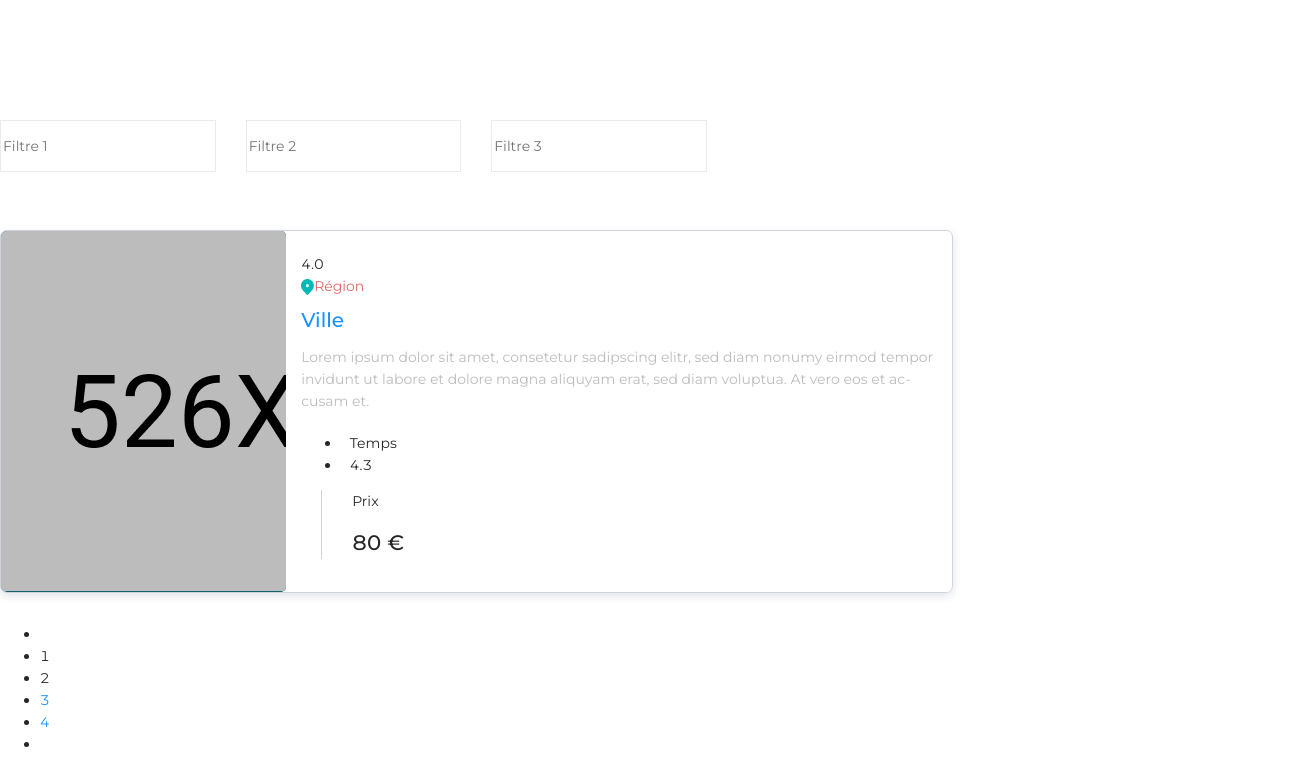
Repository: Emerson1220/projet-neofeel-lacapsule
Page: /roadPlanner (app in reactapp/)
An editor plug-in stored every save of this project. The page is shown before and after the next save, followed by the edit.
The browser window is 1280 px wide. The page is 1295 px wide, so the pictures cover 1295 px, including what lies to the right of the window. The pictures show the whole page.
The project was rebuilt for these pictures with package versions that can differ from the ones it lists, and the page was loaded fresh each time. Also part of the build but not shown: reactapp/src/Nav.js, reactapp/src/ScreenHome.js.

Above is the page before, as saved 2021-05-18 12:03:14.

### reactapp/src/App.js
import './App.css';
import Nav from './Nav'
import {BrowserRouter as Router, Switch, Route} from 'react-router-dom'

import ScreenHome from './ScreenHome';
import ScreenRoadPlanner from './screens/ScreenRoadPlanner';

function App() {
  return (



    // <SearchPage></SearchPage>
      <Router>
        <Switch>
          <Route component={ScreenHome} path="/" exact />
          <Route component={ScreenRoadPlanner} path="/roadPlanner"  />
          {/* <Route component={ScreenConnexion} path="/connexion"  />
          <Route component={ScreenSearch} path="/recherche"  />
          <Route component={ScreenInfo} path="/info"  />
          <Route component={ScreenPartner} path="/partenaire"  />
          <Route component={ScreenRoadPlanner} path="/roadPlanner"  />
          <Route component={ScreenTrips} path="/voyages"  />
          <Route component={ScreenProfil} path="/profil"  />
          <Route component={ScreenBasket} path="/panier"  />
          <Route component={ScreenSuggestion} path="/suggestion"  /> */}
        </Switch>
      </Router>

  );
}

export default App;

### reactapp/src/App.css
@import '~antd/dist/antd.css';
@import url('https://fonts.googleapis.com/css2?family=Montserrat:ital,wght@0,200;0,300;0,400;0,500;0,600;0,700;1,400;1,600&display=swap');

* {
  font-family: 'Montserrat', sans-serif;
}

.App {
  text-align: center;
}

.App-logo {
  height: 40vmin;
  pointer-events: none;
}

@media (prefers-reduced-motion: no-preference) {
  .App-logo {
    animation: App-logo-spin infinite 20s linear;
  }
}

.App-header {
  background-color: #282c34;
  min-height: 100vh;
  display: flex;
  flex-direction: column;
  align-items: center;
  justify-content: center;
  font-size: calc(10px + 2vmin);
  color: white;
}

.App-link {
  color: #61dafb;
}

@keyframes App-logo-spin {
  from {
    transform: rotate(0deg);
  }
  to {
    transform: rotate(360deg);
  }
}
/* CSS NAVBAR _______________________*/



.h1-montserrat {
  width: auto; /* 366px */
  height: auto; /* 58px */
  overflow: visible;
  white-space: pre;
  letter-spacing: 0px;
  line-height: 1.2;
  color: #106271;
  font-weight: 700;
  font-family: "Inter-Bold", "Inter", sans-serif;
  font-size: 48px;
}

.devenezPartenaireButton{

background-color: #e06868;
overflow: visible;
  white-space: pre;
  letter-spacing: 0px;
line-height: 1.2;
  color: #ffffff;
  font-weight: 700;
  font-family: "Inter-Bold", "Inter", sans-serif;
width: 150px;
height: 50px;
left: 971px;
top: 40px;
border-radius: 5px;
}

.listNav{
  color: #106271;
  margin: 0px 0px;
}

### reactapp/src/screens/ScreenRoadPlanner.js
import React from 'react';
import '../App.css';
import { Button } from 'antd';
import { Link } from 'react-router-dom';
import Nav from '../Nav'

function ScreenRoadPlanner() {

    return (	<div style={{ paddingTop:'120px' }}>

                <div style={ styles.container }>

                    <div style={ styles.row }>

                        <div style={ styles.col_xl_9 }>
                            <div style={{ marginBottom:'40px' }}> {/* Filters */}

                                <div style={ styles.row }>
                                    <div style={ styles.col_xl_3 }>
                                        <label style={ styles.single_input_wrap }>
                                            <i style={ styles.icons_la }/>
                                            <input style={ styles.single_input_wrap_input } type="text" placeholder="Filtre 1" />
                                        </label>
                                    </div>

                                    <div style={ styles.col_xl_3 }>
                                        <label style={ styles.single_input_wrap }>
                                            <i style={ styles.icons_la }/>
                                            <input style={ styles.single_input_wrap_input } type="text" placeholder="Filtre 2" />
                                        </label>
                                    </div>

                                    <div style={ styles.col_xl_3 }>
                                        <label style={ styles.single_input_wrap }>
                                            <i style={ styles.icons_la }/>
                                            <input style={ styles.single_input_wrap_input } type="text" placeholder="Filtre 3" />
                                        </label>
                                    </div>
                                </div>
                            </div> {/* End -> ButtonFilters */}

                            <div style={ styles.experiences_list_area }> {/* Container -> Card expérience */}
                                <div style={ styles.single_destinations}> {/* Card expérience */}
                                    <div style={ styles.image_card }>
                                        <img src="images/photo-526x360.png" alt="list" />
                                    </div>
                                    <div style={ styles.detail_card }>
                                        <div>
                                            <i style={ styles.icons_fa_1  }/>
                                            <i style={ styles.icons_fa_1 } />
                                            <i style={ styles.icons_fa_1  } />
                                            <i style={ styles.icons_fa_1  } />
                                            <i style={ styles.icons_fa_2  } />
                                            <span>4.0</span>
                                        </div>

                                        <p style={{ color: '#e06868', marginBottom: '8px'}}><img src="images/icone-geo.png" alt="map" />Région</p>
                                        <h4 style={ styles.h4 } ><Link to="/">Ville</Link></h4>
                                        <p style={ styles.card_content } >Lorem ipsum dolor sit amet, consetetur sadipscing elitr, sed diam nonumy eirmod tempor invidunt ut labore et dolore magna aliquyam erat, sed diam voluptua. At vero eos et accusam et.</p>

                                        <div style={ styles.liste_price }>
                                            <ul style={ styles.liste_price_content, styles.lliste_price_li }>
                                                <li><i style={ styles.icons_fa }/> Temps</li>
                                                <li><i style={ styles.icons_fa }/> 4.3</li>
                                            </ul>
                                            <div style={ styles.liste_price_item }>
                                                <p>Prix</p>
                                                <h2>80 <span>€</span></h2>
                                            </div>
                                        </div>
                                    </div>
                                </div> {/* End -> Card expérience */}
                            </div> {/* End -> Container -> Card expérience */}


                            <div className="text-md-center text-left"> {/* Pagination */}
                                <div className="tp-pagination text-md-center text-left d-inline-block mt-4">
                                    <ul>
                                        <li><a className="prev page-numbers" href="#"><i className="la la-long-arrow-left" /></a></li>
                                        <li><span className="page-numbers">1</span></li>
                                        <li><span className="page-numbers current">2</span></li>
                                        <li><a className="page-numbers" href="#">3</a></li>
                                        <li><a className="page-numbers" href="#">4</a></li>
                                        <li><a className="next page-numbers" href="#"><i className="la la-long-arrow-right" /></a></li>
                                    </ul>
                                </div>
                            </div>{/* End -> Pagination */}
                        </div>
                    </div>
                </div>
            </div>
    )
};

let styles = {
    container: {
        width: '100%',
        paddingright: '15px',
        paddingleft: '15px',
        marginright: 'auto',
        marginleft: 'auto',
    },

    row:{
        display: 'flex',
        flexWrap: 'wrap',
        marginRight: '-15px',
        marginLeft: '-15px',
    },

    col_xl_9:{
        position: 'relative',
        flex: '0 0 75%',
        maxWidth: '75%',
        width: '100%',
        minHeight: '1px',
        paddingRight: '15px',
        paddingLeft: '15px',
        },

    col_xl_3:{
        position: 'relative',
        flex: '0 0 25%',
        maxWidth: '25%',
        width: '100%',
        minHeight: '1px',
        paddingRight: '15px',
        paddingLeft: '15px',
        },

    single_input_wrap:{
        position: 'relative',
        width: '100%',
        marginBottom: '18px',
        display: 'inline-block',
    },

    single_input_wrap_input:{
        background: '#ffffff',
        border: '1px solid #EAEAEA',
        height: '52px',
        width: '100%',
    },

    icons_la:{
        display: 'inline-block',
        position: 'absolute',
        top: '17px',
        left: '20px',
        color: '#CFD3DE',
        font: 'normal normal normal 16px/1 LineAwesome',
        fontSize: 'inherit',
        textDecoration: 'inherit',
        textRendering: 'optimizeLegibility',
        textTransform: 'none',
    },

    experiences_list_area:{
        boxSizing: 'border-box',
        outline: 'none',
    },

    single_destinations:{
        display: 'flex',
        flexWrap: 'wrap',
        margin: '0 0 30px 0',
        border: '1px solid #CFD3DE',
        boxShadow: '0px 3px 9px #071c551f',
        borderRadius: '7px',
        position: 'relative',
        overflow: 'hidden',
    },

    image_card:{
        position: 'relative',
        background: '#106271',
        overflow: 'hidden',
        flex: '0 0 30%',
        backgroundSize: 'cover',
        backgroundRepeat: 'no-repeat',
        backgroundPosition: 'center center',
        minHeight: '200px',
        borderRadius: '5px',
    },

    image:{
        width: '100%',
        height: '100%',
        objectFit: 'cover',
        objectPosition: 'center center',
        borderRadius: '5px',
    },

    detail_card:{
        flex: '0 0 70%',
        padding: '22px 15px',
        background: '#ffffff',
    },

    icons_fa_1:{
        display: 'inline-block',
        font: 'normal normal normal 14px/1 FontAwesome',
        fontSize: 'inherit',
        textRendering: 'auto',
        color: '#f3941e',
    },

    icons_fa_2:{
        display: 'inline-block',
        font: 'normal normal normal 14px/1 FontAwesome',
        fontSize: 'inherit',
        textRendering: 'auto',
        color: '#d4d4d4',
    },

    h4:{
        fontSize: '20px',
        color: '#e06868',
    },

    card_content:{
        marginBottom: '15px',
        color: '#bcbcbc',
        hyphens: 'auto',
    },

    liste_price:{
        marginTop: '20px',
        display: 'block',
        boxSizing: 'border-box',
        outline: 'none',
    },

    liste_price_li:{
        margin: '0 10px',
        fontSize: '14px',
        listStyle: 'none',
        display: 'inline-block',
    },


    liste_price_content:{
        float: 'left',
        marginTop: '20px',
        margin: '0',
        padding: '0',
        display: 'inline-block',
    },

    icons_fa:{
        display: 'inline-block',
        font: 'normal normal normal 14px/1 FontAwesome',
        fontSize: 'inherit',
        textRendering: 'auto',
        color: '#01B9B7',
        marginRight: '5px',
    },

    liste_price_item:{
        paddingLeft: '30px',
        marginLeft: '20px',
        borderLeft: '1px solid #CFD3DE',
        paddingTop: '0',
    },



    }













export default ScreenRoadPlanner;

Loaded but not shown: reactapp/public/index.html (common file); reactapp/src/index.js (common file); reactapp/src/index.css (common file); reactapp/src/reportWebVitals.js (common file)

After the next save:
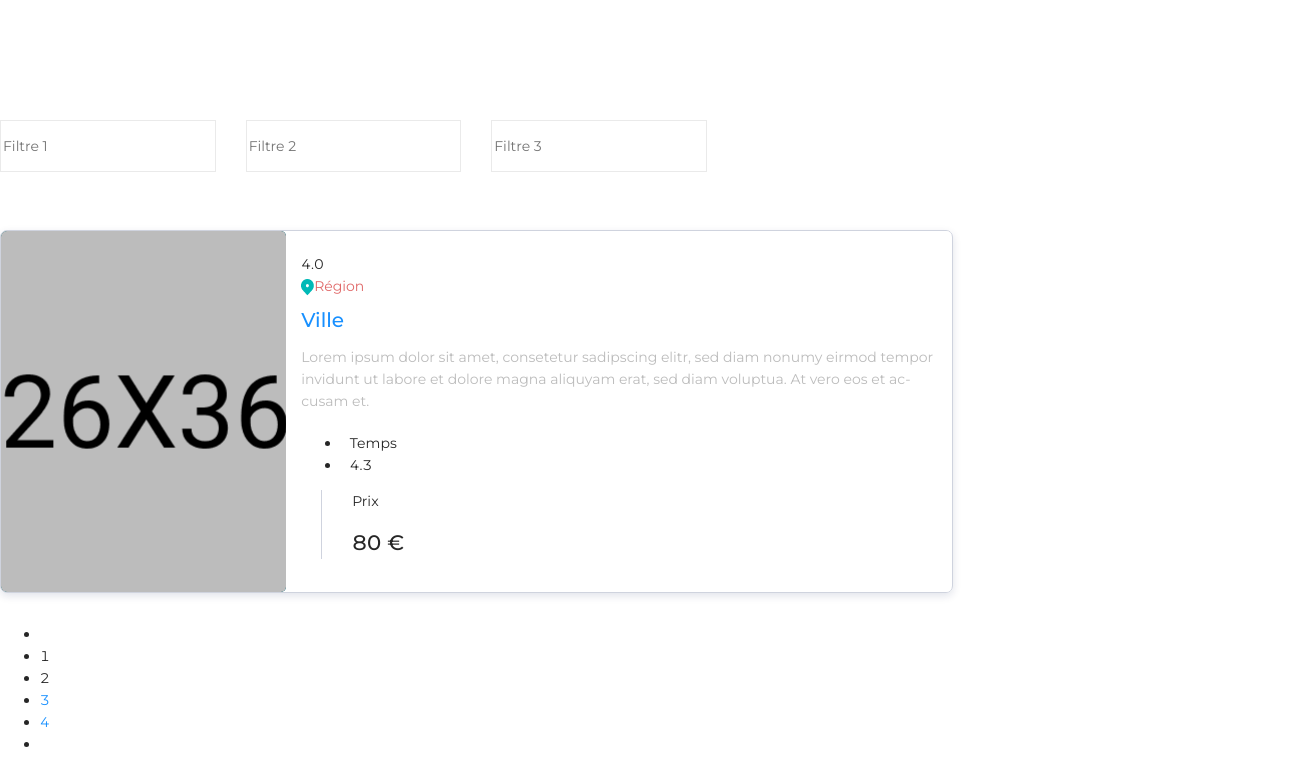
Saved 14 s later.
--- a/reactapp/src/screens/ScreenRoadPlanner.js
+++ b/reactapp/src/screens/ScreenRoadPlanner.js
@@ -42,7 +42,7 @@ function ScreenRoadPlanner() {
                             <div style={ styles.experiences_list_area }> {/* Container -> Card expérience */}
                                 <div style={ styles.single_destinations}> {/* Card expérience */}
                                     <div style={ styles.image_card }>
-                                        <img src="images/photo-526x360.png" alt="list" />
+                                        <img style={ styles.image }src="images/photo-526x360.png" alt="list" />
                                     </div>
                                     <div style={ styles.detail_card }>
                                         <div>
